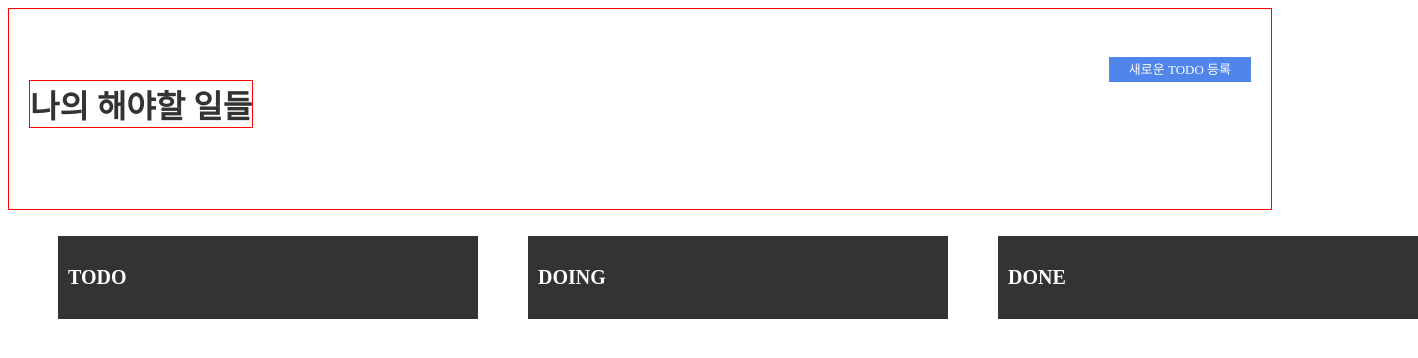
Repository: estellechoi/jsp-project-todo
Page: http://localhost/todo/MainServlet
An editor plug-in stored every save of this project. The page is shown before and after the next save, followed by the edit.
The browser window is 1280 px wide. The page is 1418 px wide, so the pictures cover 1418 px, including what lies to the right of the window. The pictures show the whole page.
The page is served by Tomcat 9. Other server files are loaded and not shown. Queries for data that is not in the repository find no rows.

Above is the page before, as saved 2019-12-08 07:49:35.

### todo/src/main/webapp/jsp/main.jsp
<%@page import="kr.co.todo.dto.TodoDto"%>
<%@page import="java.util.List"%>
<%@ page language="java" contentType="text/html; charset=UTF-8"
    pageEncoding="UTF-8"%>
<%@ taglib prefix="c" uri="http://java.sun.com/jsp/jstl/core" %>

<!DOCTYPE html>
<html>
<head>
<meta charset="UTF-8">
<title>나의 해야할 일들</title>
<style>
	section {
		display: flex;
	}

	ul {
		margin-left: 10px;
	}

	li {
		list-style-type: none;
		margin-top: 10px;
	}

	header {
 		height: 100px;
 		padding: 50px 20px;
		border: 1px solid red;
	}

	#header_logo {
		color: #333333;
		font-weight: bold;
		float: left;
		border: 1px solid red;
	}

	#header_btns {
		float: right;
	}

	#btn_skyblue_white {
		background: #5085EB;
		color: white;
		padding: 5px 20px;
		text-decoration: none;
		font-size: 13px;
	}

	.type_columns {
		width: 400px;
		padding: 30px 10px;
		background: #333333;
		color: white;
		font-size: 20px;
		font-weight: bold;
	}

	.content_list {
		position: relative;
		width: 400px;
		padding: 20px 10px;
		background: #d2d2d2;
		color: #333333;
	}

	.title {
		font-weight: bold;
		letter-spacing: 2px;
	}

	.content {
		font-size: 13px;
		margin-top: 20px;
	}
	.btn_update {
		position: absolute;
		top: 50px;
		left: 370px;
		text-decoration: none;
		color: #333333;
		font-weight: bold;
	}
	.btn_delete {
		position: absolute;
		top: 50px;
		left: 370px;
		text-decoration: none;
		color: #ED6653;
		font-weight: bold;
	}

</style>
</head>
<body>
	<header>
		<h1 id="header_logo">나의 해야할 일들</h1>
		<nav id="header_btns">
			<a id="btn_skyblue_white" href="TodoFormServlet">새로운 TODO 등록</a>
		</nav>
	</header>
	<!-- section 시작  -->
	<section>
		<!-- TODO -->
		<ul id="todo">
			<li class="type_columns">TODO</li>
			<c:forEach items="${requestScope.getTodos}" var="todoDto">
				<!-- todoDto.type 이 'TODO' 인 것만 출력 -->
				<c:if test="${todoDto.type eq 'TODO'}">
					<li class="content_list" id="${todoDto.id}">
						<span class="title">${todoDto.title}</span> <br />
						<span class="content">등록날짜 : ${todoDto.regDate}, ${todoDto.name}, 우선순위 ${todoDto.sequence}</span>
						<a class="btn_update" href="javascript:updateType('${todoDto.id}', '${todoDto.type}')">변경</a>
					</li>
				</c:if>
			</c:forEach>
		</ul>
		<!-- DOING -->
		<ul id="doing">
			<li class="type_columns">DOING</li>
			<c:forEach items="${requestScope.getTodos}" var="todoDto">
				<!-- 'DOING' 인 것만 출력 -->
				<c:if test="${todoDto.type eq 'DOING'}">
					<li class="content_list" id="${todoDto.id}">
						<span class="title">${todoDto.title}</span> <br />
						<span class="content">등록날짜 : ${todoDto.regDate}, ${todoDto.name}, 우선순위 ${todoDto.sequence}</span>
						<a class="btn_update" href="javascript:updateType('${todoDto.id}', '${todoDto.type}')">완료</a>
					</li>
				</c:if>
			</c:forEach>
		</ul>
		<!-- DONE -->
		<ul id="done">
			<li class="type_columns">DONE</li>
			<c:forEach items="${requestScope.getTodos}" var="todoDto">
				<!-- 'DONE' 인 것만 -->
				<c:if test="${todoDto.type eq 'DONE'}">
					<li class="content_list" id="${todoDto.id}">
						<span class="title">${todoDto.title}</span> <br />
						<span class="content">등록날짜 : ${todoDto.regDate}, ${todoDto.name}, 우선순위 ${todoDto.sequence}</span>
						<a class="btn_delete" href="javascript:updateType('${todoDto.id}', '${todoDto.type}')">지우기</a>
					</li>
				</c:if>
			</c:forEach>
		</ul>
	</section>
	<!-- js 경로를 찾을 때 ContextPath 넣지 않는 방법은 ? -->
	<script type="text/javascript" src="<%=request.getContextPath()%>/etc/updatelist.js"></script>
</body>
</html>

### todo/src/main/java/kr/co/todo/servlet/MainServlet.java
package kr.co.todo.servlet;

import java.io.IOException;
import java.sql.SQLException;
import java.util.List;

import javax.servlet.RequestDispatcher;
import javax.servlet.ServletException;
import javax.servlet.annotation.WebServlet;
import javax.servlet.http.HttpServlet;
import javax.servlet.http.HttpServletRequest;
import javax.servlet.http.HttpServletResponse;

import kr.co.todo.dao.TodoDao;
import kr.co.todo.dto.TodoDto;

@WebServlet("/MainServlet")
public class MainServlet extends HttpServlet {
	private static final long serialVersionUID = 1L;

	public MainServlet() {
		super();

	}

	protected void doGet(HttpServletRequest request, HttpServletResponse response)
			throws ServletException, IOException {

		TodoDao todoDao = new TodoDao();

		// 모든 레코드 조회
		List<TodoDto> list = todoDao.getTodos();
		request.setAttribute("getTodos", list);

		// main.jsp 로 포워드 하기
		RequestDispatcher requestDispatcher = request.getRequestDispatcher("/jsp/main.jsp");
		requestDispatcher.forward(request, response);

	}

}

### todo/src/main/java/kr/co/todo/dao/TodoDao.java
package kr.co.todo.dao;

import java.sql.Connection;
import java.sql.DriverManager;
import java.sql.PreparedStatement;
import java.sql.ResultSet;
import java.sql.SQLException;
import java.sql.Statement;
import java.util.ArrayList;
import java.util.List;

import kr.co.todo.dto.TodoDto;

public class TodoDao {

	String dbUrl = "jdbc:mysql://localhost:3306/youjin?useSSL=false&serverTimezone=UTC&autoReconnection=true";
	String dbUser = "estellechoi";
	String dbPwd = "yk0425";

	// Main.jsp 에 표시될 전체 toto 목록
	public List<TodoDto> getTodos() {

		// 드라이버 로드
		try {
			Class.forName("com.mysql.cj.jdbc.Driver");
		} catch (ClassNotFoundException e) {
			e.printStackTrace();
		}

		List<TodoDto> list = new ArrayList<TodoDto>();

		String sql = "select id, name, regdate, sequence, title, type from todo";

		try (Connection conn = DriverManager.getConnection(dbUrl, dbUser, dbPwd);
				Statement stmt = conn.createStatement()){

			try (ResultSet rs = stmt.executeQuery(sql)) {
				while (rs.next()) {
					TodoDto todoDto = new TodoDto(rs.getInt("id"), rs.getString("name"), rs.getString("regdate"), rs.getInt("sequence"), rs.getString("title"), rs.getString("type"));
					list.add(todoDto);
				}
			}
			catch (Exception e) {
				e.printStackTrace();
			}
		}
		catch (Exception e) {
			e.printStackTrace();
		}

		return list;
	}

	// 할 일 등록
	public int addTodo(TodoDto todoDto) {

		try {
			Class.forName("com.mysql.cj.jdbc.Driver");
		} catch (ClassNotFoundException e) {
			e.printStackTrace();
		}

		int insertCount = 0;
		String sql = "insert into todo(title, name, sequence, regdate) values(?,?,?, now())";

		try (Connection conn = DriverManager.getConnection(dbUrl, dbUser, dbPwd);
			PreparedStatement pstmt = conn.prepareStatement(sql)) {
				pstmt.setString(1, todoDto.getTitle());
				pstmt.setString(2, todoDto.getName());
				pstmt.setInt(3, todoDto.getSequence());
				insertCount = pstmt.executeUpdate(); // CREATE / DROP 관련 구문에서는 -1 을 반환
		}
		// what about nullpointerexception ?
		catch (SQLException e) {
			e.printStackTrace();
		}

		return insertCount;
	}

	public int updateTodo(TodoDto todoDto) {

		try {
			Class.forName("com.mysql.cj.jdbc.Driver");
		} catch (ClassNotFoundException e) {
			e.printStackTrace();
		}

		int updateCount = 0;
		String sql = "update todo set type = ? where id = ?";

		try (Connection conn = DriverManager.getConnection(dbUrl, dbUser, dbPwd);
				PreparedStatement pstmt = conn.prepareStatement(sql)){
			pstmt.setString(1, todoDto.getType());
			pstmt.setLong(2, todoDto.getId());
			updateCount = pstmt.executeUpdate();
		} catch (SQLException e) {
			e.printStackTrace();
		}

		return updateCount;
	}

	public int deleteTodo(long id) {
		try {
			Class.forName("com.mysql.cj.jdbc.Driver");
		} catch (ClassNotFoundException e) {
			e.printStackTrace();
		}

		int deleteCount =0;
		String sql = "delete from todo where id = " + id;

		try (Connection conn = DriverManager.getConnection(dbUrl, dbUser, dbPwd);
				Statement stmt = conn.createStatement()){
			deleteCount = stmt.executeUpdate(sql);
		}
		catch (SQLException e) {
			e.printStackTrace();
		}

		return deleteCount;
	}
}

### todo/src/main/webapp/etc/updatelist.js
/**
 *
 */

	function updateType(id, type) {

		var oReq = new XMLHttpRequest(); // oReq.UNSENT == 0

		// 이벤트 리스너 콜백함수 등록
		/*
		oReq.addEventListener("load", function() {
			if (this.responseText == "success") {
				// 프론트 처리
			}
		});
		*/

		// onreadystatechange 대신에 onload를 사용해도 됩니다. 요청 완료만 잡아내도 된다면요.
		oReq.onreadystatechange = function() {
			if (oReq.readyState == oReq.DONE) { // 요청이 완료되면 (oReq.DONE == 4)
				if (oReq.status == 200 || oReq.status == 201) {
					if (oReq.responseText == "success") {
						// responseText : 현재까지 읽은 응답의 전체 값을 반환
						// 프론트 처리
						alert(oReq.responseText);
						// 리스트 재정렬 함수 호출
						updateList(id, type);
					}
				}
				else {
					console.error(this.responseText);
				}
			}
		}

		oReq.open("GET", "TodoTypeServlet?id=" + id + "&type=" + type); // oReq.OPENED == 1
		oReq.send(); // oReq.HEADERS_RECEIVED (2) -> LOADING (3) -> DONE (4)
	}

	function updateList(id, type) {
		const targetList = document.getElementById(id);

		switch(type) {
		case "TODO" :
			document.querySelector("#todo").removeChild(targetList);
			document.querySelector("#doing").append(targetList);
			break;
		case "DOING" :
			document.querySelector("#doing").removeChild(targetList);
			document.querySelector("#done").append(targetList);
			break;
		case "DONE" :
			document.querySelector("#done").removeChild(targetList);
			break;
		default:
			break;

		}
	}

After the next save:
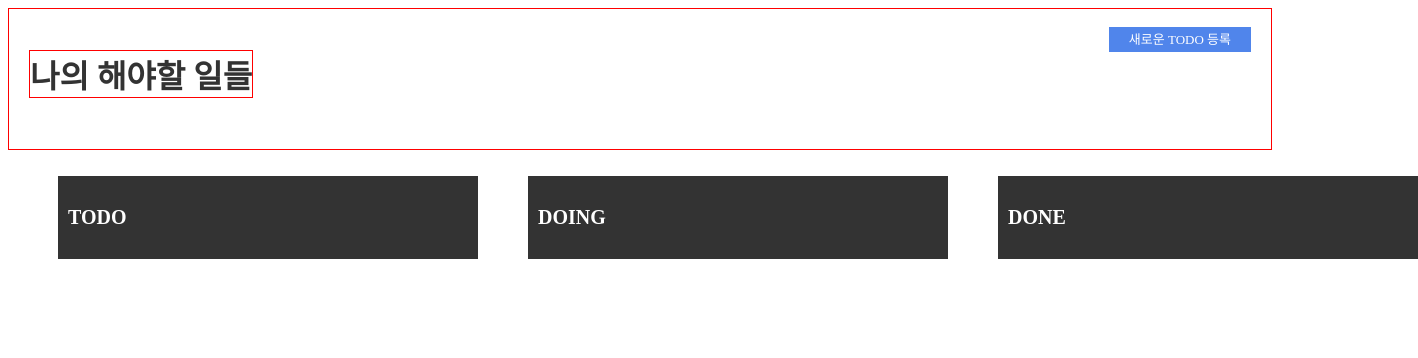
Saved 6 s later.
--- a/todo/src/main/webapp/jsp/main.jsp
+++ b/todo/src/main/webapp/jsp/main.jsp
@@ -25,7 +25,7 @@
 
 	header {
  		height: 100px;
- 		padding: 50px 20px;
+ 		padding: 20px 20px;
 		border: 1px solid red;
 	}
 
